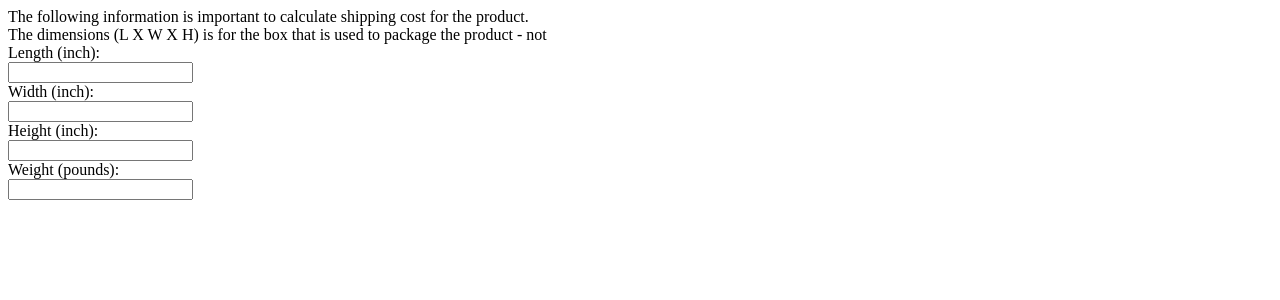
Repository: theAnh-js/Spring-Boot-E-commerce
Page: http://localhost/products/product_images
These files come from the project's save history. The page is drawn as it stood at one moment and after the next save; the edit follows.
The browser window is 1280 px wide. The pictures show the whole page.
The page is this project's Thymeleaf template; nobody is signed in. The template is opened directly, without the code that normally fills it, so the values that code supplies are empty.

Above is the page before, as saved 2024-02-03 01:16:52.

### ShopmeProject/ShopmeWebParent/ShopmeBackEnd/src/main/resources/templates/products/product_images.html
<!DOCTYPE html>
<html xmlns:th="http://www.thymeleaf.org"
	  xmlns:sec="https://www.thymeleaf.org/thymeleaf-extras-springsecurity5">

<body>
<div th:fragment="content" th:remove="tag">

	<div class="form-group row">
		The following information is important to calculate shipping cost for the product.</br>
		The dimensions (L X W X H) is for the box that is used to package the product - not
	</div>

	<div class="form-group row">
		<label class="col-sm-2 col-form-label">Length (inch):</label>
		<div class="col-sm-10">
			<input type="number" step="0.01" class="form-control" th:field="*{length}">
		</div>
	</div>

	<div class="form-group row">
		<label class="col-sm-2 col-form-label">Width (inch):</label>
		<div class="col-sm-10">
			<input type="number" step="0.01" class="form-control" th:field="*{width}">
		</div>
	</div>

	<div class="form-group row">
		<label class="col-sm-2 col-form-label">Height (inch):</label>
		<div class="col-sm-10">
			<input type="number" step="0.01" class="form-control" th:field="*{height}">
		</div>
	</div>

	<div class="form-group row">
		<label class="col-sm-2 col-form-label">Weight (pounds):</label>
		<div class="col-sm-10">
			<input type="number" step="0.01" class="form-control" th:field="*{weight}">
		</div>
	</div>

</div>
</body>

</html>

After the next save:
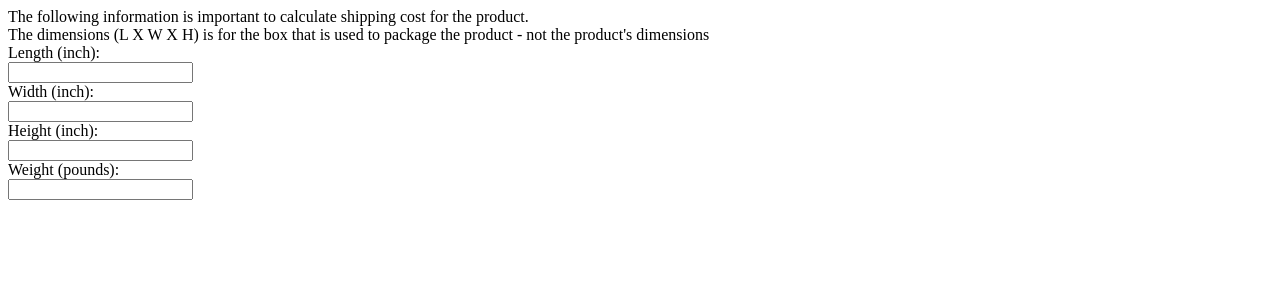
Saved 25 s later.
--- a/ShopmeProject/ShopmeWebParent/ShopmeBackEnd/src/main/resources/templates/products/product_images.html
+++ b/ShopmeProject/ShopmeWebParent/ShopmeBackEnd/src/main/resources/templates/products/product_images.html
@@ -7,7 +7,7 @@
 
 	<div class="form-group row">
 		The following information is important to calculate shipping cost for the product.</br>
-		The dimensions (L X W X H) is for the box that is used to package the product - not
+		The dimensions (L X W X H) is for the box that is used to package the product - not the product's dimensions
 	</div>
 
 	<div class="form-group row">
